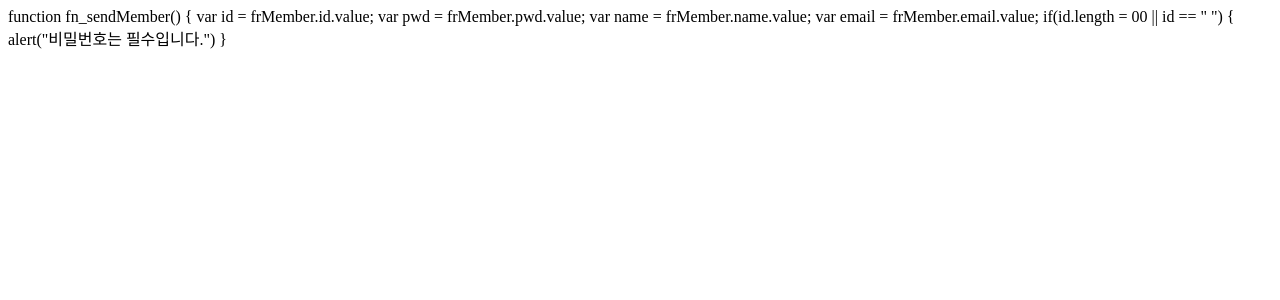
Repository: meanlightk/JspPractice
Page: pro07/src/main/webapp/memberForm.html
An editor plug-in stored every save of this project. The page is shown before and after the next save, followed by the edit.
The browser window is 1280 px wide. The pictures show the whole page.

Above is the page before, as saved 2023-05-18 05:40:14.

After the next save:
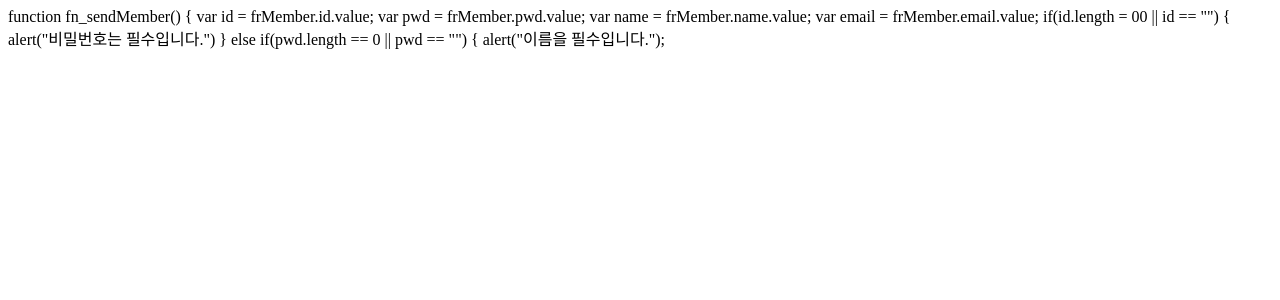
Saved 46 s later.
--- a/pro07/src/main/webapp/memberForm.html
+++ b/pro07/src/main/webapp/memberForm.html
@@ -9,10 +9,11 @@ var id = frMember.id.value;
 var pwd = frMember.pwd.value;
 var name = frMember.name.value;
 var email = frMember.email.value;
-if(id.length = 00 || id == " ") {
+if(id.length = 00 || id == "") {
 alert("비밀번호는 필수입니다.")
 }
-
+else if(pwd.length == 0 || pwd == "") {
+alert("이름을 필수입니다.");
 
 </head>
 <body>
